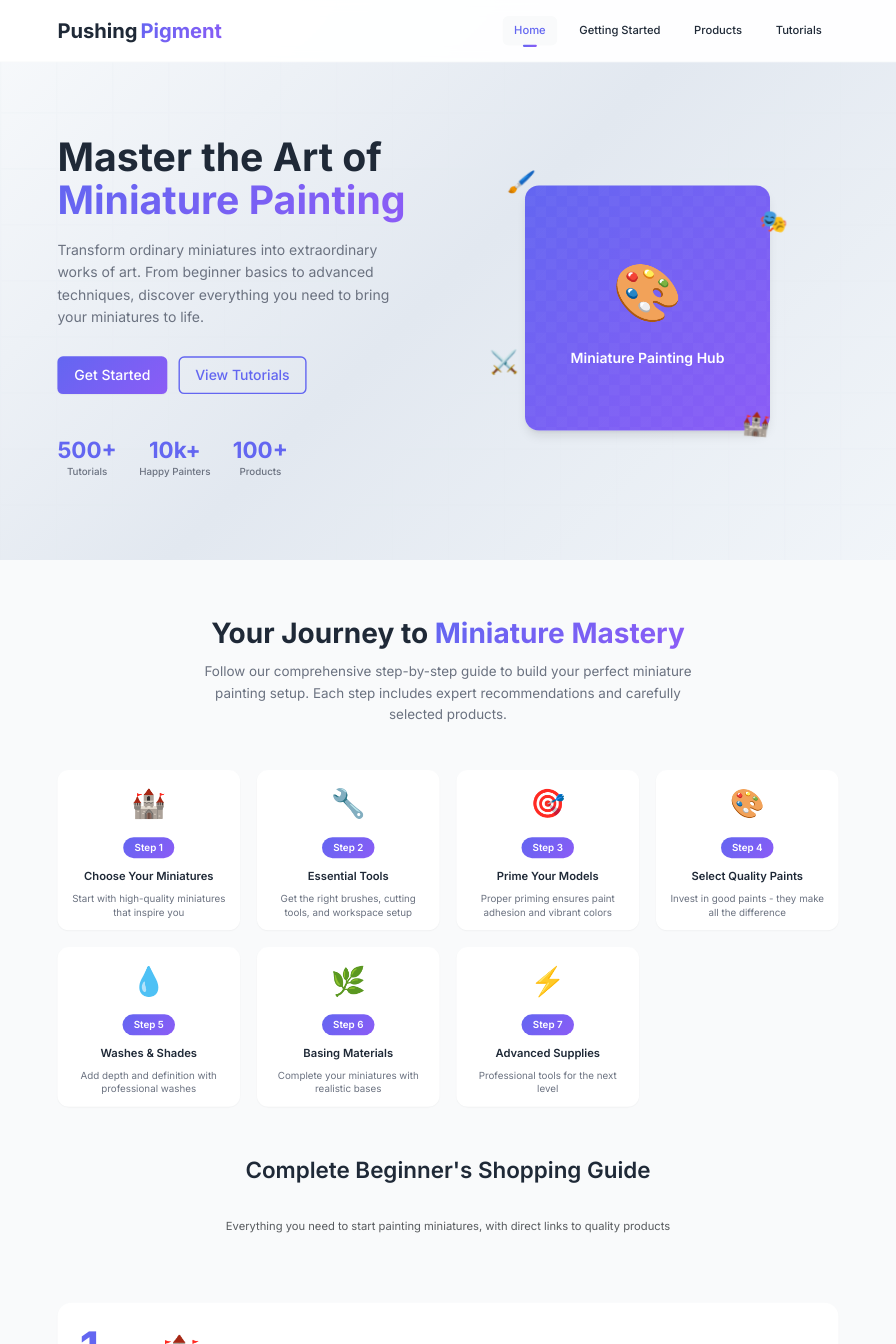
Repository: Aldentec/pushing-pigment-website
Page: /
An editor plug-in stored every save of this project. The page is shown before and after the next save, followed by the edit.
The browser window is 1280 px wide. The pictures show the part of the page from y = 0 to 1920 px (the page is 9126 px tall before and 2036 px after), at 70% of full size.
The project was rebuilt for these pictures with package versions that can differ from the ones it lists, and the page was loaded fresh each time. Also part of the build but not shown: src/data/tutorials.js, src/pages/Tutorials/Tutorials.jsx, src/pages/Products/Products.css, src/pages/Products/Products.jsx, src/pages/GettingStarted/GettingStarted.css, src/pages/GettingStarted/GettingStarted.jsx.

Above is the page before, as saved 2025-08-16 09:23:32.

### public/index.html
<!DOCTYPE html>
<html lang="en">
  <head>
    <meta charset="utf-8" />

    <!-- Basic Meta Tags -->
    <meta name="viewport" content="width=device-width, initial-scale=1" />
    <meta name="theme-color" content="#6366f1" />

    <!-- SEO Meta Tags -->
    <title>Pushing Pigment - Master Miniature Painting | Tutorials, Tools & Techniques</title>
    <meta name="description" content="Learn miniature painting with expert tutorials, essential tool guides, and step-by-step techniques. From beginner basics to advanced methods - your complete miniature painting resource." />
    <meta name="keywords" content="miniature painting, warhammer painting, mini painting tutorials, painting techniques, miniature paints, brushes, primer, tabletop gaming, model painting, acrylic paints" />
    <meta name="author" content="Pushing Pigment" />
    <meta name="robots" content="index, follow" />
    <link rel="canonical" href="https://pushingpigment.com" />

    <!-- Open Graph / Facebook -->
    <meta property="og:type" content="website" />
    <meta property="og:url" content="https://pushingpigment.com" />
    <meta property="og:title" content="Pushing Pigment - Master Miniature Painting | Tutorials & Tools" />
    <meta property="og:description" content="Learn miniature painting with expert tutorials, essential tool guides, and step-by-step techniques. From beginner basics to advanced methods." />
    <meta property="og:image" content="https://pushingpigment.com/og-image.jpg" />
    <meta property="og:site_name" content="Pushing Pigment" />
    <meta property="og:locale" content="en_US" />

    <!-- Twitter Card -->
    <meta property="twitter:card" content="summary_large_image" />
    <meta property="twitter:url" content="https://pushingpigment.com" />
    <meta property="twitter:title" content="Pushing Pigment - Master Miniature Painting" />
    <meta property="twitter:description" content="Learn miniature painting with expert tutorials, essential tool guides, and step-by-step techniques." />
    <meta property="twitter:image" content="https://pushingpigment.com/twitter-card.jpg" />
    <meta property="twitter:creator" content="@pushingpigment" />

    <!-- Additional SEO Tags -->
    <meta name="geo.region" content="US" />
    <meta name="geo.placename" content="United States" />
    <meta name="language" content="en-US" />
    <meta name="revisit-after" content="7 days" />
    <meta name="rating" content="general" />

    <!-- Favicons -->
    <link rel="icon" href="%PUBLIC_URL%/favicon.ico" />
    <link rel="apple-touch-icon" sizes="180x180" href="%PUBLIC_URL%/apple-touch-icon.png" />
    <link rel="icon" type="image/png" sizes="32x32" href="%PUBLIC_URL%/favicon-32x32.png" />
    <link rel="icon" type="image/png" sizes="16x16" href="%PUBLIC_URL%/favicon-16x16.png" />
    <link rel="manifest" href="%PUBLIC_URL%/site.webmanifest" />
    <link rel="mask-icon" href="%PUBLIC_URL%/safari-pinned-tab.svg" color="#6366f1" />
    <meta name="msapplication-TileColor" content="#6366f1" />
    <meta name="msapplication-config" content="%PUBLIC_URL%/browserconfig.xml" />

    <!-- Preconnect for Performance -->
    <link rel="preconnect" href="https://fonts.googleapis.com" />
    <link rel="preconnect" href="https://fonts.gstatic.com" crossorigin />
    <link rel="preconnect" href="https://www.amazon.com" />

    <!-- Google Fonts -->
    <link href="https://fonts.googleapis.com/css2?family=Inter:wght@300;400;500;600;700&display=swap" rel="stylesheet" />

    <!-- Structured Data / JSON-LD -->
    <script type="application/ld+json">
    {
      "@context": "https://schema.org",
      "@type": "WebSite",
      "name": "Pushing Pigment",
      "description": "Master miniature painting with expert tutorials, essential tool guides, and step-by-step techniques for all skill levels.",
      "url": "https://pushingpigment.com",
      "potentialAction": {
        "@type": "SearchAction",
        "target": {
          "@type": "EntryPoint",
          "urlTemplate": "https://pushingpigment.com/search?q={search_term_string}"
        },
        "query-input": "required name=search_term_string"
      },
      "publisher": {
        "@type": "Organization",
        "name": "Pushing Pigment",
        "url": "https://pushingpigment.com",
        "logo": {
          "@type": "ImageObject",
          "url": "https://pushingpigment.com/logo.png"
        },
        "sameAs": [
          "https://youtube.com/@pushingpigment",
          "https://instagram.com/pushingpigment",
          "https://twitter.com/pushingpigment"
        ]
      }
    }
    </script>

    <script type="application/ld+json">
    {
      "@context": "https://schema.org",
      "@type": "EducationalOrganization",
      "name": "Pushing Pigment",
      "description": "Educational resource for miniature painting techniques and tutorials",
      "url": "https://pushingpigment.com",
      "courseMode": "online",
      "educationalLevel": "Beginner to Advanced",
      "teaches": [
        "Miniature Painting",
        "Model Painting Techniques",
        "Acrylic Painting",
        "Brush Techniques",
        "Color Theory",
        "Weathering Effects"
      ]
    }
    </script>

    <!-- Amazon Associates Disclaimer -->
    <meta name="amazon-affiliate" content="true" />

    <!-- Performance Hints -->
    <link rel="dns-prefetch" href="//amazon.com" />
    <link rel="dns-prefetch" href="//images-amazon.com" />
    <link rel="dns-prefetch" href="//google-analytics.com" />

    <!-- Security Headers -->
    <meta http-equiv="X-Content-Type-Options" content="nosniff" />
    <meta http-equiv="X-Frame-Options" content="DENY" />
    <meta http-equiv="X-XSS-Protection" content="1; mode=block" />
    <meta name="referrer" content="strict-origin-when-cross-origin" />

    <!-- Google Analytics (Replace with your tracking ID) -->
    <!-- Global site tag (gtag.js) - Google Analytics -->
    <script async src="https://www.googletagmanager.com/gtag/js?id=GA_TRACKING_ID"></script>
    <script>
      window.dataLayer = window.dataLayer || [];
      function gtag(){dataLayer.push(arguments);}
      gtag('js', new Date());
      gtag('config', 'GA_TRACKING_ID');
    </script>

    <!-- Google Search Console Verification -->
    <meta name="google-site-verification" content="YOUR_VERIFICATION_CODE" />

    <!-- Bing Webmaster Tools Verification -->
    <meta name="msvalidate.01" content="YOUR_BING_VERIFICATION_CODE" />
  </head>
  <body>
    <noscript>
      <div style="text-align: center; padding: 50px; font-family: Arial, sans-serif;">
        <h1>JavaScript Required</h1>
        <p>You need to enable JavaScript to run this app and access all miniature painting tutorials and resources.</p>
        <p>Please enable JavaScript in your browser settings and reload the page.</p>
      </div>
    </noscript>

    <!-- Main App Container -->
    <div id="root"></div>

    <!-- Structured Data for Breadcrumbs -->
    <script type="application/ld+json">
    {
      "@context": "https://schema.org",
      "@type": "BreadcrumbList",
      "itemListElement": [
        {
          "@type": "ListItem",
          "position": 1,
          "name": "Home",
          "item": "https://pushingpigment.com"
        },
        {
          "@type": "ListItem",
          "position": 2,
          "name": "Getting Started",
          "item": "https://pushingpigment.com/products"
        },
        {
          "@type": "ListItem",
          "position": 3,
          "name": "Tutorials",
          "item": "https://pushingpigment.com/tutorials"
        }
      ]
    }
    </script>

    <!-- Service Worker Registration (Optional - for PWA features) -->
    <script>
      if ('serviceWorker' in navigator) {
        window.addEventListener('load', function() {
          navigator.serviceWorker.register('/sw.js')
            .then(function(registration) {
              console.log('SW registered: ', registration);
            })
            .catch(function(registrationError) {
              console.log('SW registration failed: ', registrationError);
            });
        });
      }
    </script>
  </body>
</html>

### src/App.jsx
import React from 'react';
import { BrowserRouter as Router, Routes, Route } from 'react-router-dom';
import 'bootstrap/dist/css/bootstrap.min.css';
import './styles/global.css';
import './App.css';

// Components
import Navigation from './components/Navigation/Navigation';
import Footer from './components/Footer/Footer';

// Pages
import Home from './pages/Home/Home';
import Tutorials from './pages/Tutorials/Tutorials';
import Products from './pages/Products/Products';
import GettingStarted from './pages/GettingStarted/GettingStarted';

function App() {
  return (
    <Router>
      <div className="App">
        <Navigation />
        <main>
          <Routes>
            <Route path="/" element={<Home />} />
            <Route path="/getting-started" element={<GettingStarted />} />
            <Route path="/products" element={<Products />} />
            <Route path="/tutorials" element={<Tutorials />} />
          </Routes>
        </main>
        <Footer />
      </div>
    </Router>
  );
}

export default App;

### src/App.css
/* App-specific styles */
.App {
  min-height: 100vh;
  display: flex;
  flex-direction: column;
}

main {
  flex: 1;
}

/* Global overrides for Bootstrap */
.btn:focus {
  box-shadow: none;
}

.btn-primary {
  background: var(--gradient-primary);
  border: none;
}

.btn-primary:hover,
.btn-primary:focus,
.btn-primary:active {
  background: var(--gradient-primary);
  filter: brightness(1.1);
  border: none;
}

.btn-outline-primary {
  border-color: var(--primary-color);
  color: var(--primary-color);
}

.btn-outline-primary:hover,
.btn-outline-primary:focus,
.btn-outline-primary:active {
  background: var(--primary-color);
  border-color: var(--primary-color);
  color: white;
}

/* Custom scrollbar */
::-webkit-scrollbar {
  width: 8px;
}

::-webkit-scrollbar-track {
  background: var(--bg-light);
}

::-webkit-scrollbar-thumb {
  background: var(--primary-color);
  border-radius: 4px;
}

::-webkit-scrollbar-thumb:hover {
  background: var(--secondary-color);
}

/* Smooth scrolling */
html {
  scroll-behavior: smooth;
}

/* Focus styles for accessibility */
*:focus {
  outline: 2px solid var(--primary-color);
  outline-offset: 2px;
}

.btn:focus,
.form-control:focus,
.form-select:focus {
  outline: none;
  box-shadow: 0 0 0 0.2rem rgba(99, 102, 241, 0.25);
}

### src/components/Navigation/Navigation.jsx
import React, { useState, useEffect } from 'react';
import { Navbar, Nav, Container } from 'react-bootstrap';
import { Link, useLocation } from 'react-router-dom';
import './Navigation.css';

const Navigation = () => {
  const [scrolled, setScrolled] = useState(false);
  const location = useLocation();

  useEffect(() => {
    const handleScroll = () => {
      const isScrolled = window.scrollY > 50;
      setScrolled(isScrolled);
    };

    window.addEventListener('scroll', handleScroll);
    return () => window.removeEventListener('scroll', handleScroll);
  }, []);

  return (
    <Navbar
      expand="lg"
      fixed="top"
      className={`custom-navbar ${scrolled ? 'scrolled' : ''}`}
    >
      <Container>
        <Navbar.Brand as={Link} to="/" className="brand-logo">
          <span className="brand-text">Pushing</span>
          <span className="brand-accent">Pigment</span>
        </Navbar.Brand>

        <Navbar.Toggle aria-controls="basic-navbar-nav" />

        <Navbar.Collapse id="basic-navbar-nav">
          <Nav className="ms-auto">
            <Nav.Link
              as={Link}
              to="/"
              className={location.pathname === '/' ? 'active' : ''}
            >
              Home
            </Nav.Link>
            <Nav.Link
              as={Link}
              to="/getting-started"
              className={location.pathname === '/getting-started' ? 'active' : ''}
            >
              Getting Started
            </Nav.Link>
            <Nav.Link
              as={Link}
              to="/products"
              className={location.pathname === '/products' ? 'active' : ''}
            >
              Products
            </Nav.Link>
            <Nav.Link
              as={Link}
              to="/tutorials"
              className={location.pathname === '/tutorials' ? 'active' : ''}
            >
              Tutorials
            </Nav.Link>
          </Nav>
        </Navbar.Collapse>
      </Container>
    </Navbar>
  );
};

export default Navigation;

### src/pages/Home/Home.jsx
import React from 'react';
import Hero from '../../components/Hero/Hero';
import GettingStarted from '../../components/GettingStarted/GettingStarted';
import './Home.css';

const Home = () => {
  return (
    <div className="home-page">
      <Hero />
      <GettingStarted />
    </div>
  );
};

export default Home;

### src/components/Navigation/Navigation.css
.custom-navbar {
  background: rgba(255, 255, 255, 0.95);
  backdrop-filter: blur(10px);
  border-bottom: 1px solid rgba(229, 231, 235, 0.3);
  transition: all 0.3s ease;
  padding: 1rem 0;
}

.custom-navbar.scrolled {
  background: rgba(255, 255, 255, 0.98);
  box-shadow: 0 4px 20px rgba(0, 0, 0, 0.1);
  padding: 0.5rem 0;
}

.brand-logo {
  font-size: 1.8rem;
  font-weight: 700;
  text-decoration: none;
  display: flex;
  align-items: center;
}

.brand-text {
  color: var(--text-dark);
  margin-right: 0.25rem;
}

.brand-accent {
  background: var(--gradient-primary);
  -webkit-background-clip: text;
  -webkit-text-fill-color: transparent;
  background-clip: text;
}

.navbar-nav .nav-link {
  font-weight: 500;
  color: var(--text-dark) !important;
  margin: 0 0.5rem;
  padding: 0.5rem 1rem !important;
  border-radius: 8px;
  transition: all 0.3s ease;
  position: relative;
}

.navbar-nav .nav-link:hover {
  color: var(--primary-color) !important;
  background: var(--bg-light);
}

.navbar-nav .nav-link.active {
  color: var(--primary-color) !important;
  background: var(--bg-light);
}

.navbar-nav .nav-link.active::after {
  content: '';
  position: absolute;
  bottom: -2px;
  left: 50%;
  transform: translateX(-50%);
  width: 20px;
  height: 3px;
  background: var(--gradient-primary);
  border-radius: 2px;
}

.navbar-toggler {
  border: none;
  padding: 0.25rem 0.5rem;
}

.navbar-toggler:focus {
  box-shadow: none;
}

.navbar-toggler-icon {
  background-image: url("data:[embedded picture, 228 characters]");
}

@media (max-width: 991px) {
  .custom-navbar {
    padding: 0.75rem 0;
  }

  .navbar-nav .nav-link {
    margin: 0.25rem 0;
    text-align: center;
  }

  .navbar-nav .nav-link.active::after {
    display: none;
  }
}

### src/components/Footer/Footer.css
.site-footer {
  background: linear-gradient(135deg, var(--text-dark) 0%, #374151 100%);
  color: white;
  padding: 3rem 0 1rem;
  margin-top: 4rem;
}

.footer-section {
  margin-bottom: 2rem;
}

.footer-brand {
  font-size: 1.5rem;
  font-weight: 700;
  margin-bottom: 1rem;
  display: flex;
  align-items: center;
}

.footer-brand .brand-text {
  color: white;
  margin-right: 0.25rem;
}

.footer-brand .brand-accent {
  background: var(--gradient-primary);
  -webkit-background-clip: text;
  -webkit-text-fill-color: transparent;
  background-clip: text;
}

.footer-description {
  color: rgba(255, 255, 255, 0.8);
  line-height: 1.6;
  margin-bottom: 1.5rem;
  font-size: 0.95rem;
}

.social-links {
  display: flex;
  gap: 1rem;
}

.social-link {
  display: inline-flex;
  align-items: center;
  justify-content: center;
  width: 40px;
  height: 40px;
  background: rgba(255, 255, 255, 0.1);
  border-radius: 50%;
  color: white;
  text-decoration: none;
  font-size: 1.2rem;
  transition: all 0.3s ease;
}

### src/components/Hero/Hero.jsx
import React from 'react';
import { Container, Row, Col, Button } from 'react-bootstrap';
import { Link } from 'react-router-dom';
import './Hero.css';

const Hero = () => {
  return (
    <section className="hero-section">
      <div className="hero-background"></div>
      <Container>
        <Row className="align-items-center min-vh-100 py-5">
          <Col lg={6} className="hero-content">
            <div className="fade-in-up">
              <h1 className="hero-title">
                Master the Art of
                <span className="gradient-text"> Miniature Painting</span>
              </h1>
              <p className="hero-description">
                Transform ordinary miniatures into extraordinary works of art.
                From beginner basics to advanced techniques, discover everything
                you need to bring your miniatures to life.
              </p>
              <div className="hero-buttons">
                <Button
                  as={Link}
                  to="/getting-started"
                  className="btn-primary-custom me-3 mb-3"
                  size="lg"
                >
                  Get Started
                </Button>
                <Button
                  as={Link}
                  to="/tutorials"
                  variant="outline-primary"
                  className="btn-outline-custom mb-3"
                  size="lg"
                >
                  View Tutorials
                </Button>
              </div>
              <div className="hero-stats">
                <div className="stat-item">
                  <span className="stat-number">500+</span>
                  <span className="stat-label">Tutorials</span>
                </div>
                <div className="stat-item">
                  <span className="stat-number">10k+</span>
                  <span className="stat-label">Happy Painters</span>
                </div>
                <div className="stat-item">
                  <span className="stat-number">100+</span>
                  <span className="stat-label">Products</span>
                </div>
              </div>
            </div>
          </Col>
          <Col lg={6} className="hero-image-col">
            <div className="hero-image-container fade-in-up">
              <div className="hero-image-placeholder">
                <div className="paintbrush-icon">🎨</div>
                <p>Miniature Painting Hub</p>
              </div>
              <div className="floating-elements">
                <div className="floating-element element-1">🖌️</div>
                <div className="floating-element element-2">🎭</div>
                <div className="floating-element element-3">⚔️</div>
                <div className="floating-element element-4">🏰</div>
              </div>
            </div>
          </Col>
        </Row>
      </Container>
    </section>
  );
};

export default Hero;

### src/pages/Home/Home.css
.home-page {
  /* Add any home-specific styles here */
}

Loaded but not shown: src/index.tsx (common file); src/index.css (common file); src/reportWebVitals.ts (common file); src/data/products.js (134 lines, source omitted); src/components/GettingStarted/GettingStarted.jsx (473 lines, source omitted); src/components/GettingStarted/GettingStarted.css (382 lines, source omitted); src/pages/Tutorials/Tutorials.css (281 lines, source omitted); src/components/Hero/Hero.css (266 lines, source omitted); src/components/Footer/Footer.jsx (118 lines, source omitted); src/components/ProductCard/ProductCard.css (212 lines, source omitted); src/styles/global.css (170 lines, source omitted); src/components/ProductCard/ProductCard.jsx (115 lines, source omitted)

After the next save:
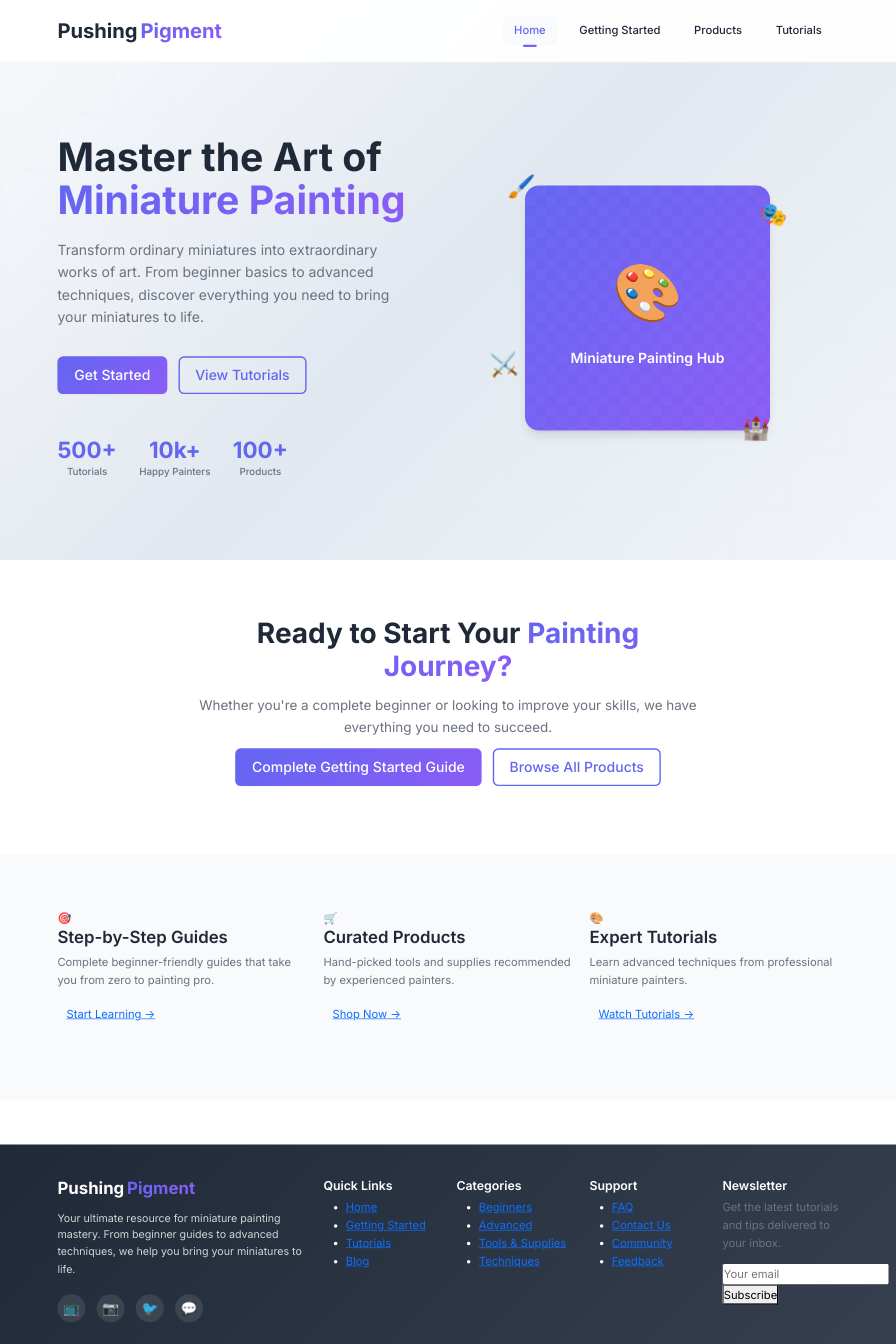
Saved 13 s later.
--- a/src/pages/Home/Home.jsx
+++ b/src/pages/Home/Home.jsx
@@ -1,13 +1,87 @@
 import React from 'react';
+import { Container, Row, Col, Button } from 'react-bootstrap';
+import { Link } from 'react-router-dom';
 import Hero from '../../components/Hero/Hero';
-import GettingStarted from '../../components/GettingStarted/GettingStarted';
 import './Home.css';
 
 const Home = () => {
   return (
     <div className="home-page">
       <Hero />
-      <GettingStarted />
+
+      {/* Quick Start Section */}
+      <section className="quick-start-section section-padding">
+        <Container>
+          <Row>
+            <Col lg={8} className="mx-auto text-center">
+              <h2 className="section-title">
+                Ready to Start Your <span className="gradient-text">Painting Journey?</span>
+              </h2>
+              <p className="section-description">
+                Whether you're a complete beginner or looking to improve your skills,
+                we have everything you need to succeed.
+              </p>
+              <div className="quick-start-buttons">
+                <Button
+                  as={Link}
+                  to="/getting-started"
+                  className="btn-primary-custom me-3 mb-3"
+                  size="lg"
+                >
+                  Complete Getting Started Guide
+                </Button>
+                <Button
+                  as={Link}
+                  to="/products"
+                  variant="outline-primary"
+                  className="btn-outline-custom mb-3"
+                  size="lg"
+                >
+                  Browse All Products
+                </Button>
+              </div>
+            </Col>
+          </Row>
+        </Container>
+      </section>
+
+      {/* Feature Highlights */}
+      <section className="features-section section-padding section-light">
+        <Container>
+          <Row>
+            <Col lg={4} className="mb-4">
+              <div className="feature-card">
+                <div className="feature-icon">🎯</div>
+                <h4>Step-by-Step Guides</h4>
+                <p>Complete beginner-friendly guides that take you from zero to painting pro.</p>
+                <Button as={Link} to="/getting-started" variant="link" className="feature-link">
+                  Start Learning →
+                </Button>
+              </div>
+            </Col>
+            <Col lg={4} className="mb-4">
+              <div className="feature-card">
+                <div className="feature-icon">🛒</div>
+                <h4>Curated Products</h4>
+                <p>Hand-picked tools and supplies recommended by experienced painters.</p>
+                <Button as={Link} to="/products" variant="link" className="feature-link">
+                  Shop Now →
+                </Button>
+              </div>
+            </Col>
+            <Col lg={4} className="mb-4">
+              <div className="feature-card">
+                <div className="feature-icon">🎨</div>
+                <h4>Expert Tutorials</h4>
+                <p>Learn advanced techniques from professional miniature painters.</p>
+                <Button as={Link} to="/tutorials" variant="link" className="feature-link">
+                  Watch Tutorials →
+                </Button>
+              </div>
+            </Col>
+          </Row>
+        </Container>
+      </section>
     </div>
   );
 };
